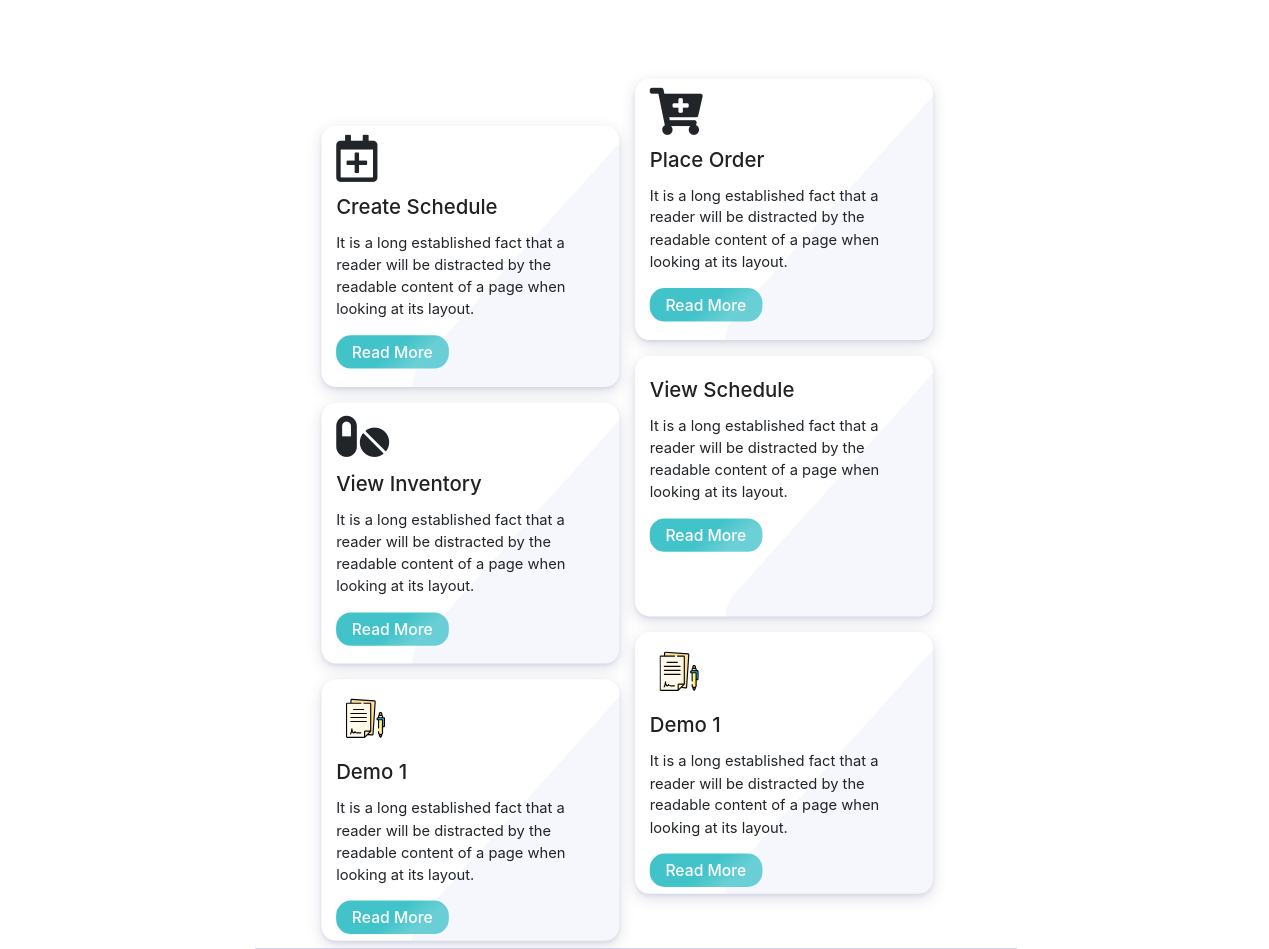
Repository: suffiyanshaikh01/Pharmacy-Project
Page: http://localhost/PharmacyMedicineSupply-WebPortal/WEB-INF/JSP/newHomePage.jsp
These files come from the project's save history. The page is drawn as it stood at one moment and after the next save; the edit follows.
The browser window is 1280 px wide. The page is 1295 px wide, so the pictures cover 1295 px, including what lies to the right of the window. The pictures show the whole page, at 98% of full size.
Some web libraries are served in a nearby version. The page is served by Tomcat 9. Nobody is signed in. The template is opened directly, without the code that normally fills it, so the values that code supplies are empty.

Above is the page before, as saved 2021-05-29 10:22:35.

After the next save:
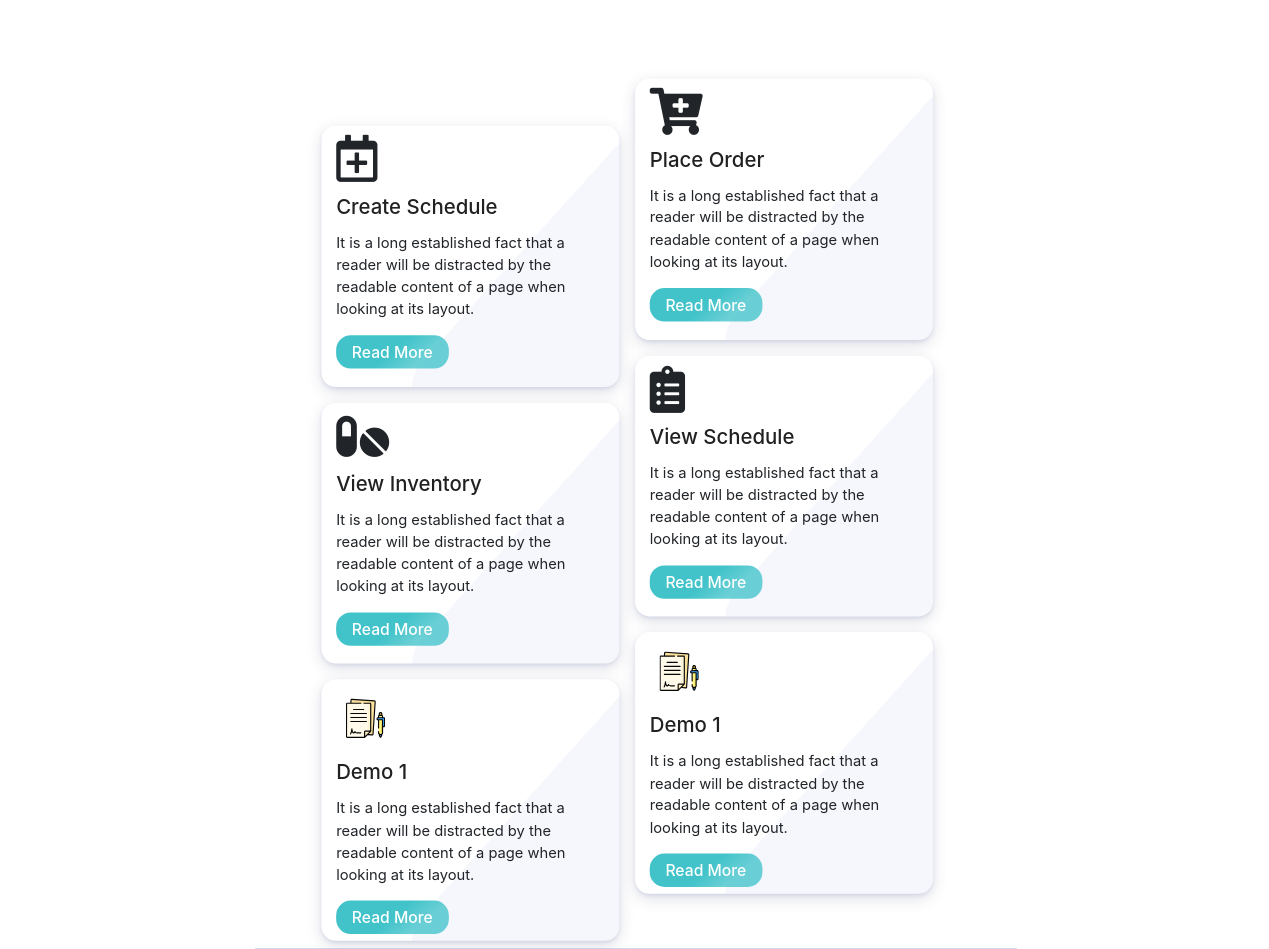
Saved 22 s later.
--- a/PharmacyMedicineSupply-WebPortal/src/main/webapp/WEB-INF/JSP/newHomePage.jsp
+++ b/PharmacyMedicineSupply-WebPortal/src/main/webapp/WEB-INF/JSP/newHomePage.jsp
@@ -293,7 +293,7 @@
           </div>
           <div class="solution_card">
             <div class="hover_color_bubble"></div>
-
+            <div><i class="fas fa-clipboard-list fa-3x"></i></div>
             <div class="solu_title">
               <h3>View Schedule</h3>
             </div>
